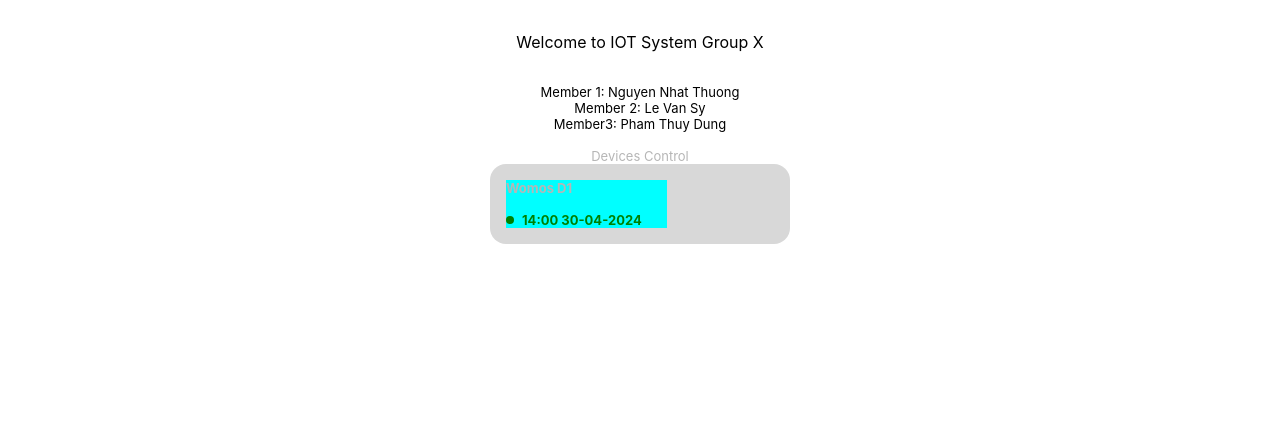
Repository: ngnhthuong/IOT_LAB
Page: /
The author's editor kept a copy of each file at every save. The page is drawn from the files as they stood at one save, then again after the next save.
The browser window is 1280 px wide. The pictures show the whole page.
The project was rebuilt for these pictures with package versions that can differ from the ones it lists, and the page was loaded fresh each time.

Above is the page before, as saved 2024-04-23 14:52:52.

After the next save:
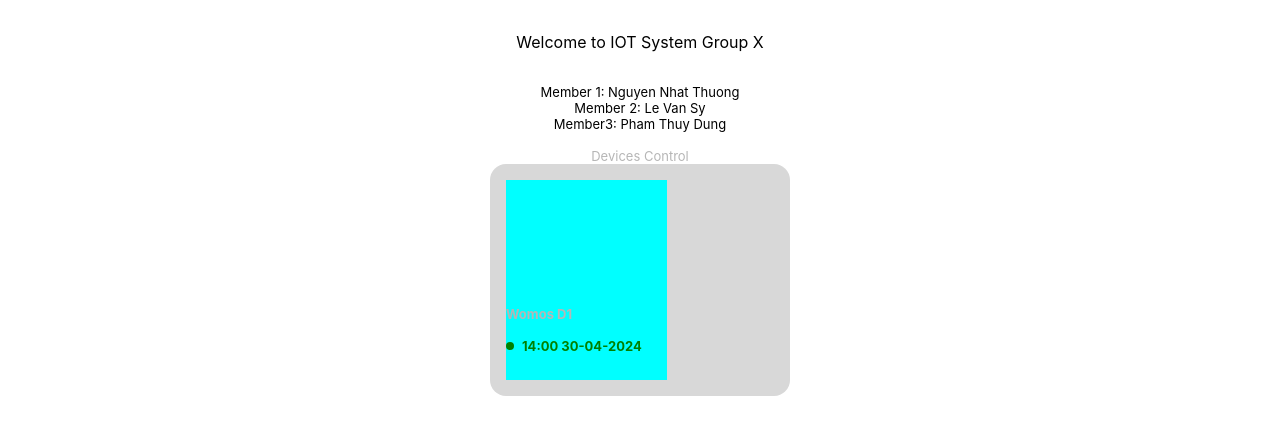
Saved 7 s later.
--- a/src/App.css
+++ b/src/App.css
@@ -54,7 +54,7 @@
   gap: 1rem;
   background-color: aqua;
   width: 60%;
-  height: ;
+  height: 100px;
 }
 
 .name{
